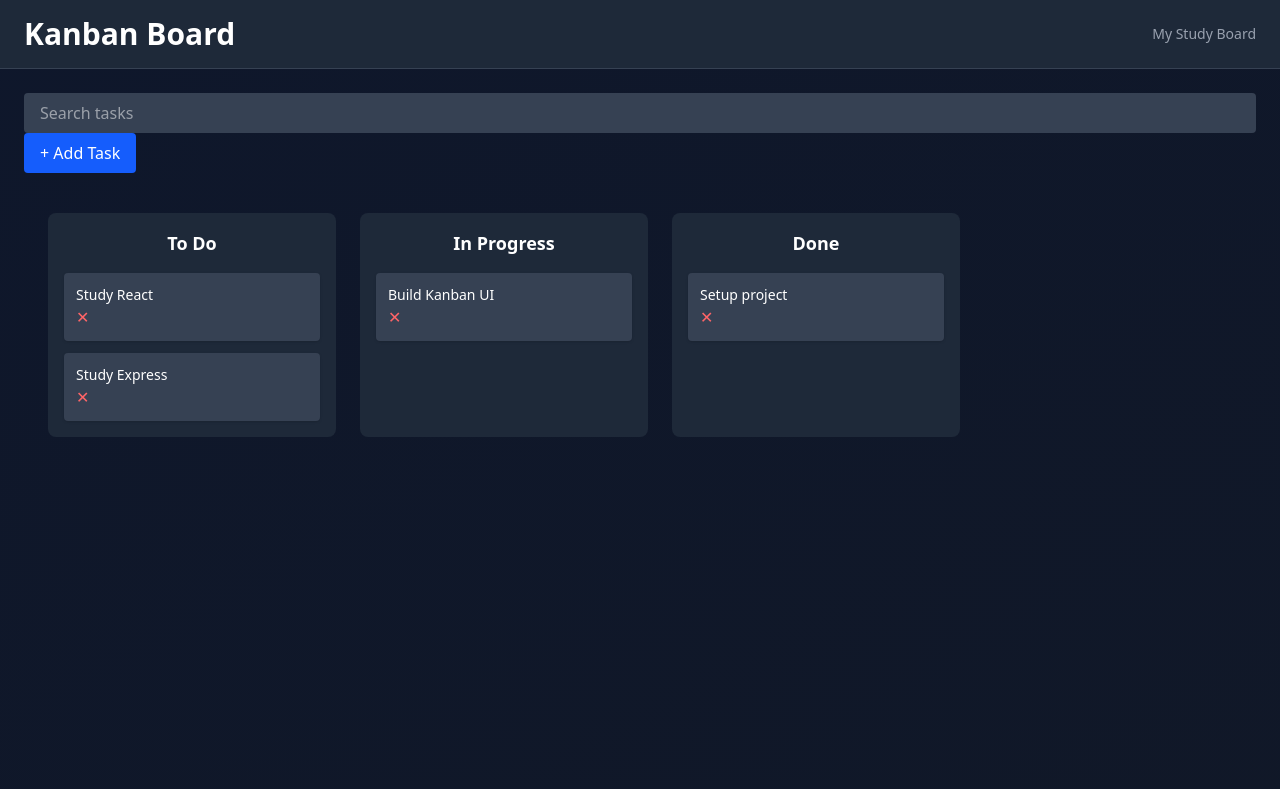
Repository: Reno-mathews/Kanban-Board-MERN
Page: / (app in frontend/)
An editor plug-in stored every save of this project. The page is shown before and after a run of saves, followed by the edit.
The browser window is 1280 px wide. The pictures show the whole page.
The project was rebuilt for these pictures with package versions that can differ from the ones it lists, and the page was loaded fresh each time. Also part of the build but not shown: frontend/vite.config.js.

Above is the page before, as saved 2026-01-22 20:37:09.

After the next 2 saves:
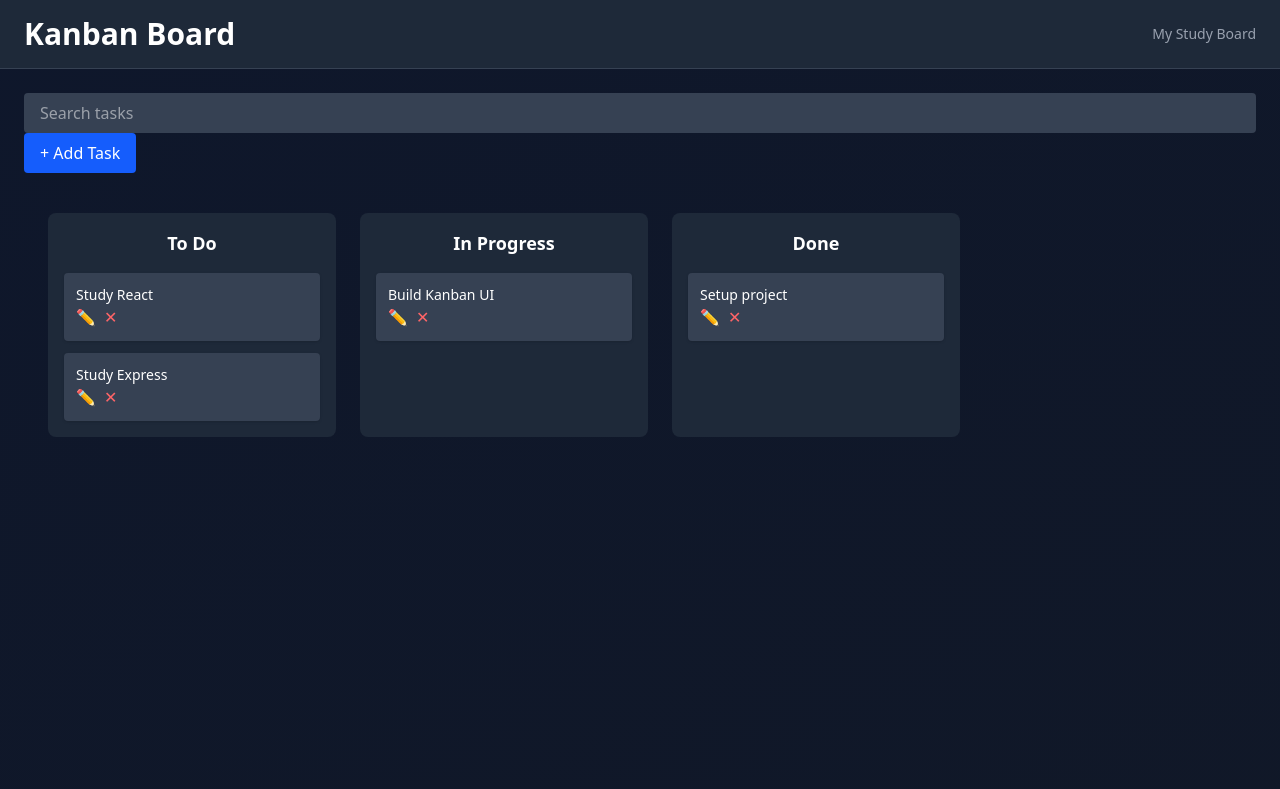
The 2 saves are shown as one change because 1 did not build or start.
The last was saved 14 h 2 min later.
--- a/frontend/src/components/TaskCard.jsx
+++ b/frontend/src/components/TaskCard.jsx
@@ -25,6 +25,15 @@ function TaskCard({ task, onDelete }) {
         className="bg-gray-700 p-3 rounded shadow hover:bg-gray-600 cursor-pointer transition"
         >
         <p className="text-sm">{task.title}</p>
+
+        <div className="flex gap-2">
+        <button
+            onClick={() => onEdit(task.id)}
+            className="text-red-400 hover:text-red-600"
+        >
+         ✏️
+        </button>
+
         <button
             onClick={() => onDelete(task.id)}
             className="text-red-400 hover:text-red-600"
@@ -32,6 +41,7 @@ function TaskCard({ task, onDelete }) {
             ✕
         </button>
         </div>
+    </div>
     );
 }
 
